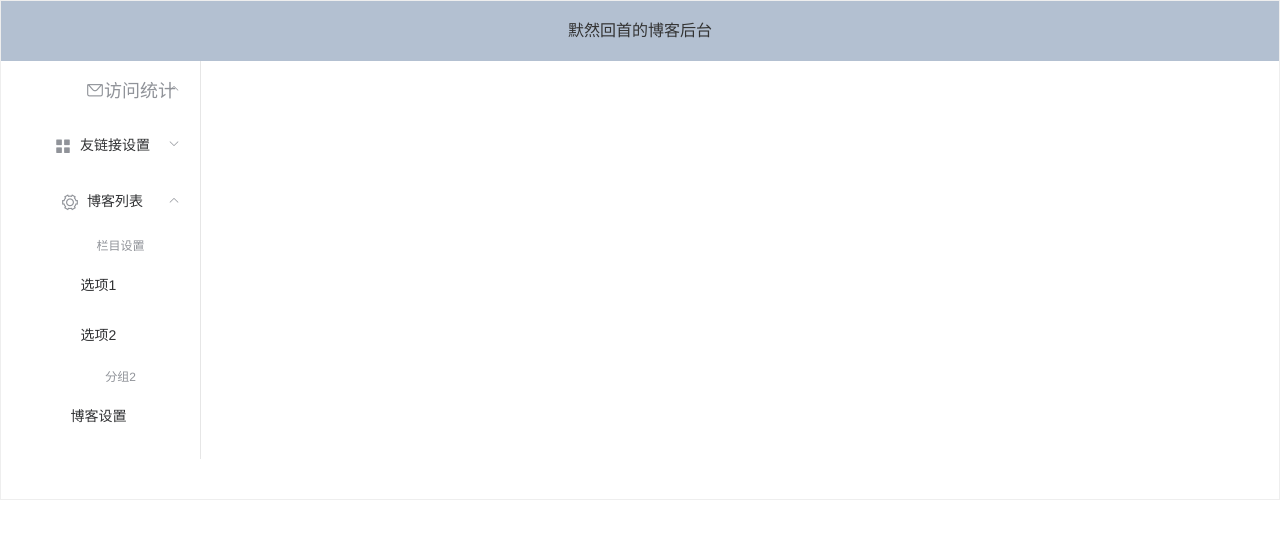
Repository: 550406066/blog
Page: / (app in blog/)
An editor plug-in stored every save of this project. The page is shown before and after the next save, followed by the edit.
The browser window is 1280 px wide. The pictures show the whole page.
The project was rebuilt for these pictures with package versions that can differ from the ones it lists, and the page was loaded fresh each time.

Above is the page before, as saved 2018-12-08 10:24:18.

After the next save:
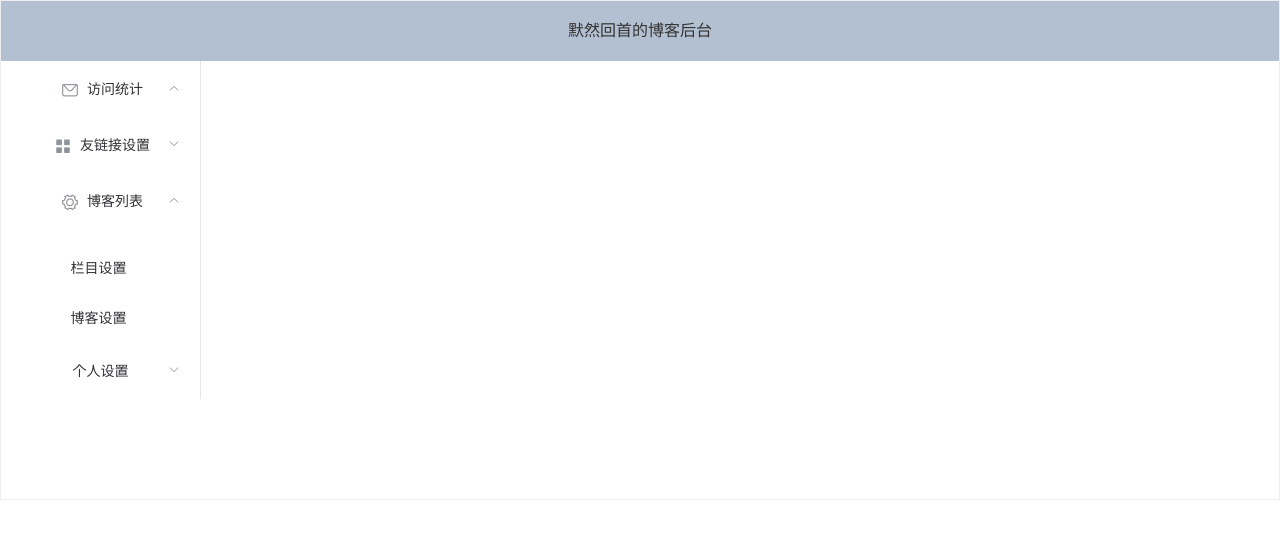
Saved 2 min 19 s later.
--- a/blog/src/components/HelloWorld.vue
+++ b/blog/src/components/HelloWorld.vue
@@ -5,7 +5,8 @@
       <el-aside width="200px" style="background-color: rgb(238, 241, 246)">
         <el-menu :default-openeds="['1', '3']">
           <el-submenu index="1">
-            <template slot="title"><i class="el-icon-message">访问统计</i></template>
+            <template slot="title">
+              <i class="el-icon-message"></i>访问统计</template>
           </el-submenu>
           <el-submenu index="2">
             <template slot="title"><i class="el-icon-menu"></i>友链接设置 </template>
@@ -13,13 +14,13 @@
           <el-submenu index="3">
             <template slot="title"><i class="el-icon-setting"></i>博客列表</template>
             <el-menu-item-group>
-              <template slot="title">栏目设置</template>
-              <el-menu-item index="3-1">选项1</el-menu-item>
-              <el-menu-item index="3-2">选项2</el-menu-item>
+
+              <el-menu-item index="3-1">栏目设置</el-menu-item>
+              <el-menu-item index="3-3">博客设置</el-menu-item>
+
             </el-menu-item-group>
-            <el-menu-item-group title="分组2">
-              <el-menu-item index="3-3">博客设置</el-menu-item>
-            </el-menu-item-group>
+
+
           </el-submenu>
             <el-submenu index="3-4">
               <template slot="title">个人设置</template>
